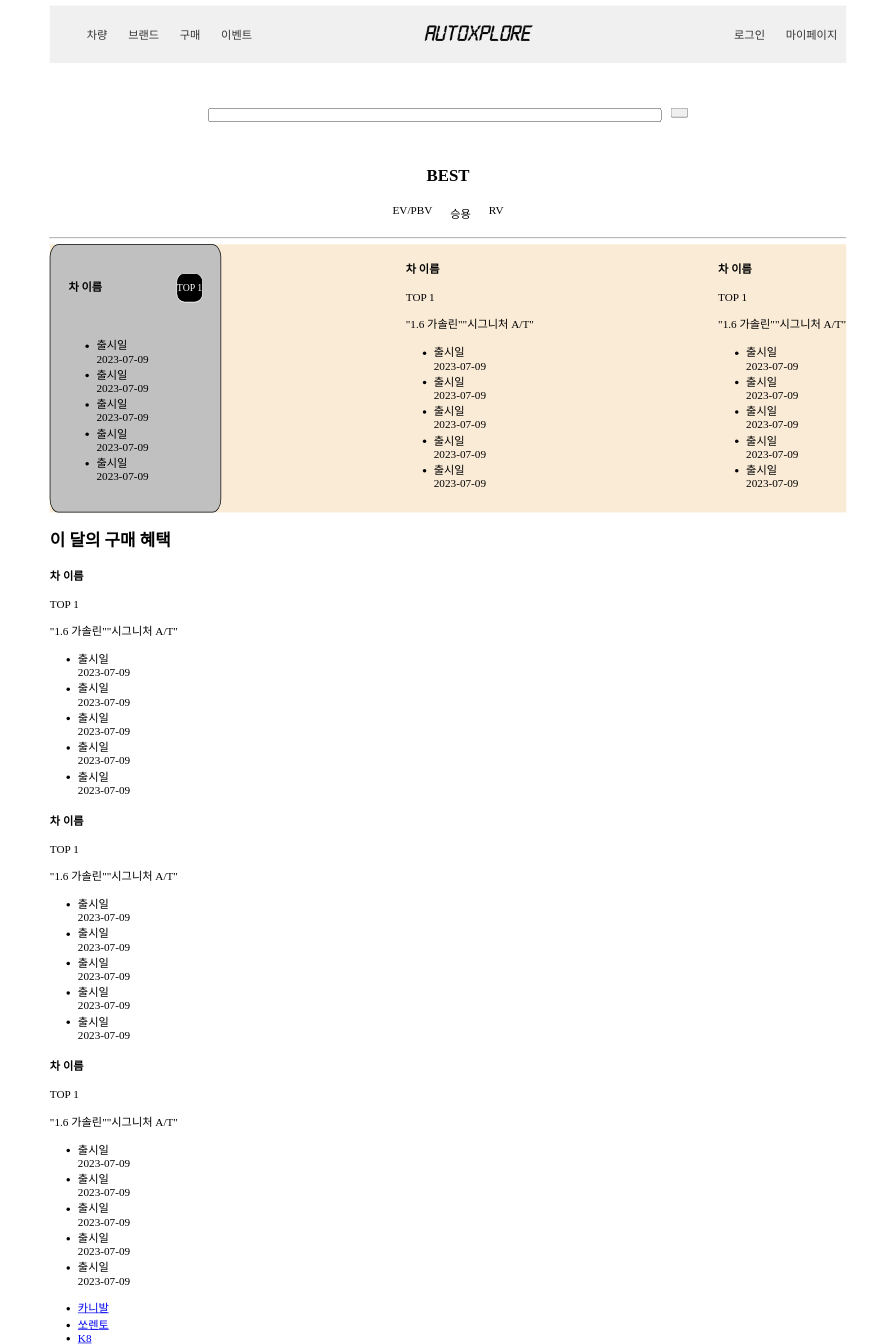
Repository: Autoxplore/Autoxplore
Page: mainPage.html
These files come from the project's save history. The page is drawn as it stood at one moment and after the next save; the edit follows.
The browser window is 1280 px wide. The pictures show the part of the page from y = 0 to 1920 px (the page is 2716 px tall before and 3068 px after), at 70% of full size.

Above is the page before, as saved 2023-08-03 09:56:49.

After the next save:
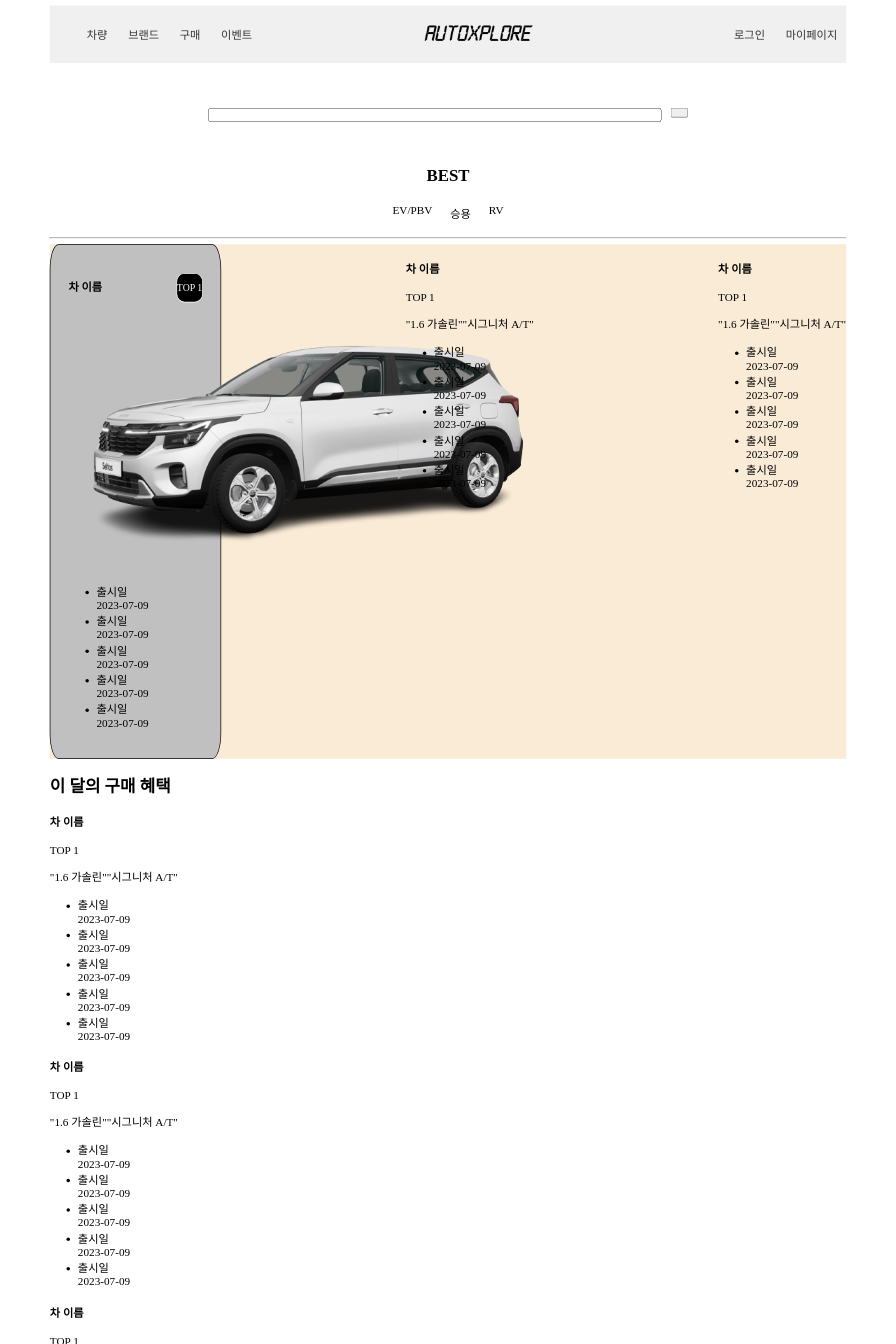
Saved 12 min 22 s later.
--- a/mainPage.html
+++ b/mainPage.html
@@ -48,7 +48,7 @@
                         <p>TOP 1</p>
                     </div>
                     <div class="carContent">
-                        <img src="" alt="">
+                        <img src="/image/car/kia/seltos.png" alt="top1 car">
                         <ul>
                             <li>
                                 <div>출시일</div>
